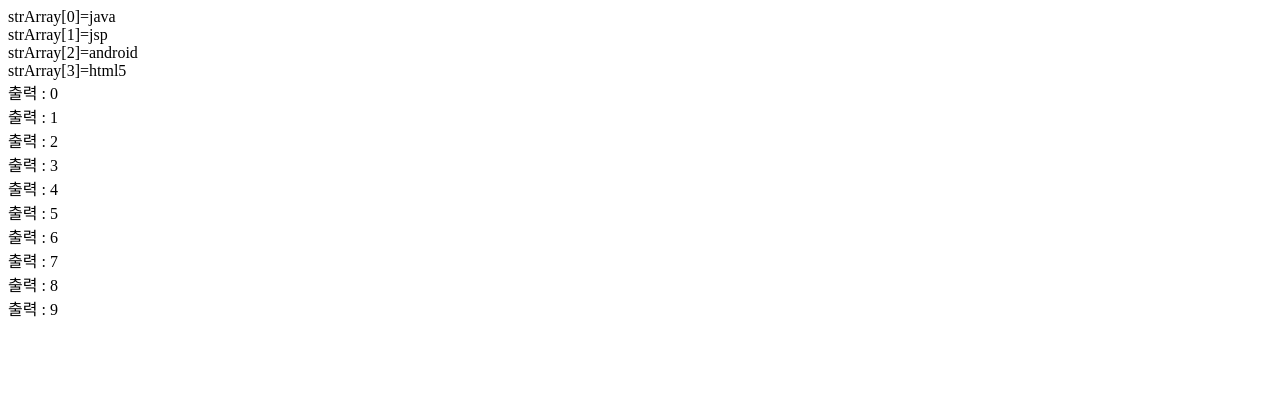
Repository: dongkeyyyy/java
Page: http://localhost/control0318/loopTest.jsp
The author's editor kept a copy of each file at every save. The page is drawn from the files as they stood at one save, then again after the next save.
The browser window is 1280 px wide. The pictures show the whole page.
The page is served by Tomcat 9.

Above is the page before, as saved 2021-03-18 03:28:37.

### 0318~0319/Java/control0318/WebContent/loopTest.jsp
<%@ page language="java" contentType="text/html; charset=UTF-8"
    pageEncoding="UTF-8"%>
<%
String strArray[] = {"java", "jsp", "android", "html5"};
for (int i = 0; i<strArray.length; i++) {
	out.println("strArray[" + i + "]=" + strArray[i]+"<br>");
}

int i = 0;
while (i < 10) {
	out.println("출력 : " + i++ + "<br>");
}
%>



<!DOCTYPE html>
<html>
<head>
<meta charset="UTF-8">
<title>Insert title here</title>
</head>
<body>

</body>
</html>

After the next save:
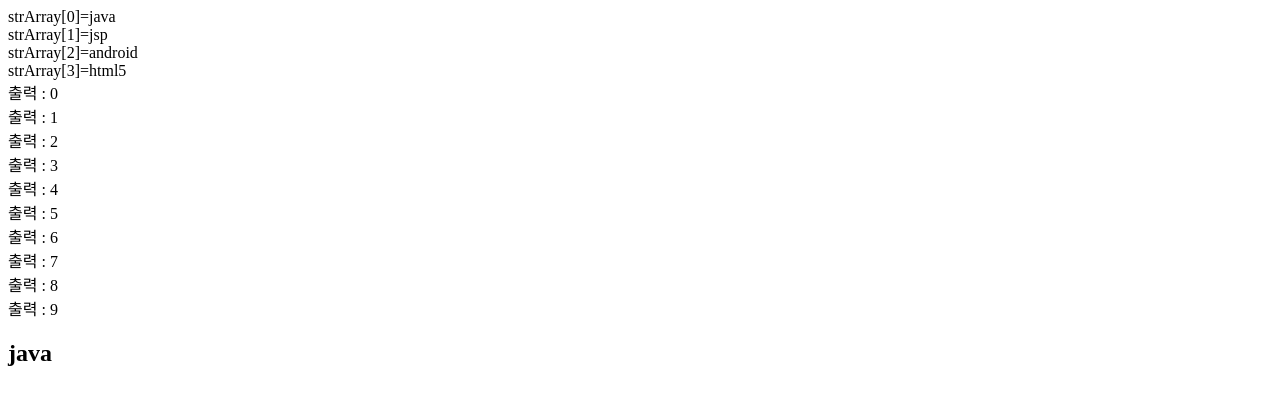
Saved 2 min 25 s later.
--- a/0318~0319/Java/control0318/WebContent/loopTest.jsp
+++ b/0318~0319/Java/control0318/WebContent/loopTest.jsp
@@ -21,6 +21,6 @@
 <title>Insert title here</title>
 </head>
 <body>
-
+	<h2><%=strArray[0] %></h2>
 </body>
 </html>
